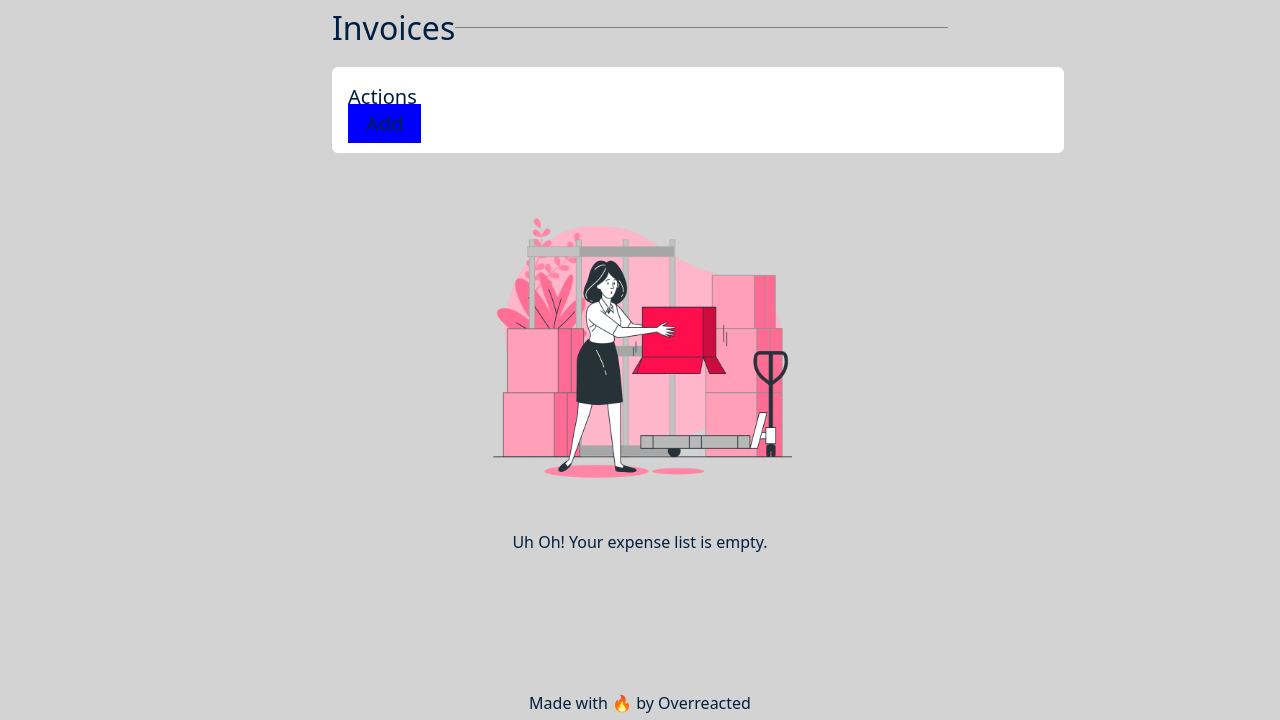
Repository: om1ars/task3
Page: /
The author's editor kept a copy of each file at every save. The page is drawn from the files as they stood at one save, then again after a run of saves.
The browser window is 1280 px wide. The pictures show the whole page.
Some web libraries are served in a nearby version. The project was rebuilt for these pictures with package versions that can differ from the ones it lists, and the page was loaded fresh each time. Also part of the build but not shown: src/constants/add-expense.js, src/components/add-form/add-form.css, src/components/add-form/success-modal.css, src/components/add-form/success-modal.js, src/components/add-form/index.js, src/pages/add-expense/add-expense.css, src/pages/add-expense/index.js, src/components/expense-list/card.css and 1 more.

Above is the page before, as saved 2021-12-18 14:48:25.

After the next 2 saves:
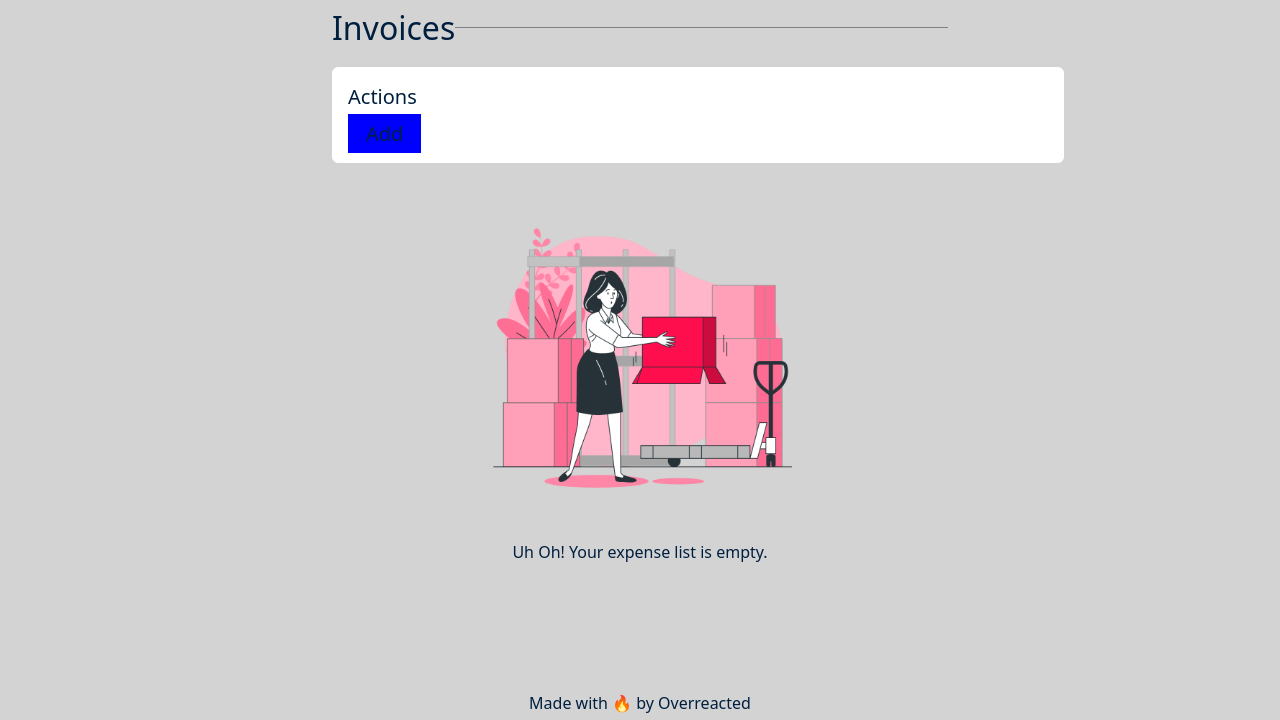
The 2 saves are shown as one change because they came seconds apart.
The last was saved 15 s later.
--- a/src/components/top-fold/index.js
+++ b/src/components/top-fold/index.js
@@ -24,7 +24,7 @@ const TopFold = () => {
                 padding: 15,
               }}
             >
-              <div>Actions</div>
+              <div style={{marginBottom: 10}}>Actions</div>
               <label style={{ padding: "6px 18px", backgroundColor: "blue" }}>
                 Add
               </label>
